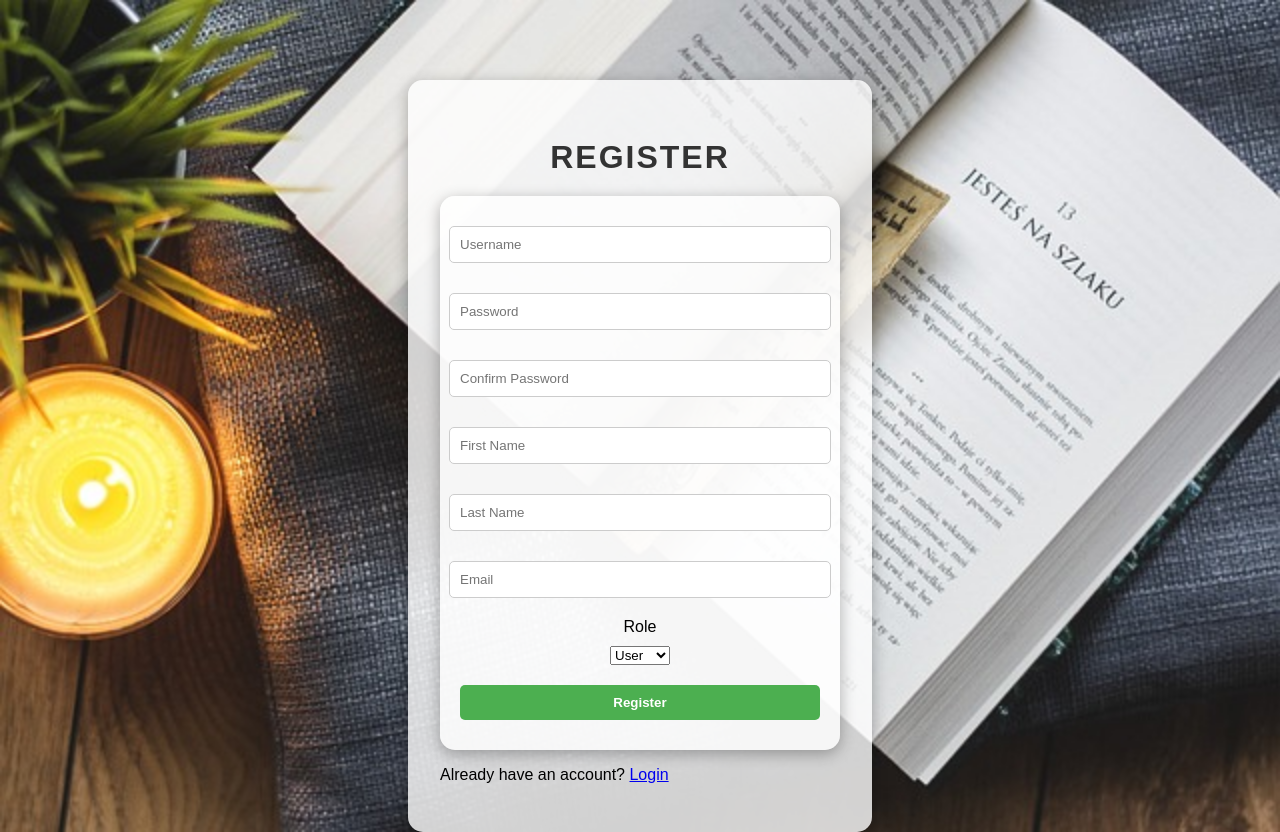
Repository: pavitrapai10/Library_Management_System
Page: http://localhost/register.php
These files come from the project's save history. The page is drawn as it stood at one moment and after a run of saves; the edit follows.
The browser window is 1280 px wide. The pictures show the whole page.
Backgrounds fixed to the window are drawn as part of the page. The page is run by PHP 8.4 with error messages shown; the project is at /var/www/html/.

Above is the page before, as saved 2025-02-06 11:20:59.

### register.php
<?php
include 'db.php';
$error = '';
$success = '';

if ($_SERVER['REQUEST_METHOD'] == 'POST') {
    $username = trim($_POST['username']);
    $password = trim($_POST['password']);
    $confirmPassword = trim($_POST['confirmPassword']);
    $first_name = trim($_POST['first_name']);
    $last_name = trim($_POST['last_name']);
    $email = trim($_POST['email']);
    $role_name = trim($_POST['role']);

    $role_query = $conn->prepare("SELECT id FROM roles WHERE role_name = ?");
    $role_query->bind_param("s", $role_name);
    $role_query->execute();
    $role_query->store_result();
    $role_query->bind_result($id);
    $role_query->fetch();

    if (!$id) {
        $error = "Invalid role selected.";
    }

    if (!filter_var($email, FILTER_VALIDATE_EMAIL) || !preg_match('/@gmail\.com$/', $email)) {
        $error = "Please enter a valid Gmail address (e.g., example@gmail.com).";
    }

    if (strlen($password) < 8 ||
        !preg_match('/[A-Z]/', $password) ||
        !preg_match('/[a-z]/', $password) ||
        !preg_match('/\d/', $password) ||
        !preg_match('/[@$!%*?&]/', $password)) {
        $error = "Password must be at least 8 characters long, contain an uppercase letter, a lowercase letter, a number, and a special character.";
    } elseif ($password !== $confirmPassword) {
        $error = "Passwords do not match.";
    }

    if (empty($error)) {
        $hashedPassword = password_hash($password, PASSWORD_DEFAULT);

        $query = "INSERT INTO borrowers (username, password, first_name, last_name, email, created_at, role_id)
                  VALUES (?, ?, ?, ?, ?, NOW(), ?)";
        $stmt = $conn->prepare($query);

        if ($stmt) {
            $stmt->bind_param("sssssi", $username, $hashedPassword, $first_name, $last_name, $email, $id);

            try {
                $stmt->execute();
                $success = "User registered successfully!";
            } catch (mysqli_sql_exception $e) {
                if (strpos($e->getMessage(), "for key 'borrowers.username'") !== false) {
                    $error = "Username already exists. Please choose a different one.";
                } elseif (strpos($e->getMessage(), "for key 'borrowers.email'") !== false) {
                    $error = "Email already exists. Please use a different one.";
                } else {
                    $error = "Failed to register user. Please try again.";
                }
            }
        } else {
            $error = "Failed to prepare the statement. Please contact support.";
        }
    }
}
?>
<!DOCTYPE html>
<html lang="en">
<head>
    <meta charset="UTF-8">
    <meta name="viewport" content="width=device-width, initial-scale=1.0">
    <title>Register - Library Management</title>
    <link rel="stylesheet" href="style.css">
</head>
<body>
    <div class="form-container">
        <h2>Register</h2>
        <form id="registerForm" method="POST" action="">
            <input type="text" name="username" id="username" placeholder="Username" required>
            <input type="password" name="password" id="password" placeholder="Password" required>
            <input type="password" name="confirmPassword" id="confirmPassword" placeholder="Confirm Password" required>
            <input type="text" name="first_name" placeholder="First Name" required>
            <input type="text" name="last_name" placeholder="Last Name" required>
            <input type="email" name="email" placeholder="Email" required>
            <label for="role">Role</label>
            <select name="role" id="role" required>
                <option value="user">User</option>
                <option value="admin">Admin</option>
            </select>
            <button type="submit">Register</button>
        </form>

        <div id="message-container" class="hidden"></div>

        <p>Already have an account? <a href="login.php">Login</a></p>
    </div>

    <script>
        // Show error/success messages dynamically
        window.addEventListener('DOMContentLoaded', (event) => {
            const messageContainer = document.getElementById('message-container');

            <?php if (!empty($error)): ?>
                messageContainer.textContent = "<?php echo htmlspecialchars($error); ?>";
                messageContainer.classList.remove('hidden');
                messageContainer.classList.add('error');
            <?php elseif (!empty($success)): ?>
                messageContainer.textContent = "<?php echo htmlspecialchars($success); ?>";
                messageContainer.classList.remove('hidden');
                messageContainer.classList.add('success');
            <?php endif; ?>
        });
    </script>
</body>
</html>

### db.php

<?php
$servername = "localhost";
$username = "root";
$password = ""; // Empty if there's no password set
$dbname = "library_management";

// Create connection
$conn = new mysqli($servername, $username, $password, $dbname);

// Check connection and suppress any errors
if ($conn->connect_error) {
    // You can log the error instead of displaying it, e.g., error_log($conn->connect_error);
    die();  // Do not display any error message, but stop further execution
}
?>

### style.css
/* General Body Style (for all pages) */
body {
    font-family: 'Poppins', Arial, sans-serif;
    background: url('img/image.jpg') no-repeat center center fixed;
    background-size: cover;
    height: 100vh;
    margin: 0;
    padding: 0;
    overflow-x: hidden;
    animation: fadeIn 1.5s ease-in-out;

}

/* Fade-in animation for the body */
@keyframes fadeIn {
    from {
        opacity: 0;
    }
    to {
        opacity: 1;
    }
}

/* Header Styling for All Pages */
/* Updated Header Styling for Button Layout */
header {
    background: rgba(76, 175, 80, 0.9);
    color: #fff;
    padding: 1rem 20px;
    display: flex;
    align-items: center;
    justify-content: space-between;
    position: sticky;
    top: 0;
    z-index: 10;
    box-shadow: 0 2px 5px rgba(0, 0, 0, 0.2);
}

.backtobooks-button {
    color: #fff;
    text-decoration: none;
    font-size: 1rem;
    border: 1px solid white;
    padding: 5px 10px;
    border-radius: 5px;
    background: #4CAF50;
    transition: background 0.3s ease, color 0.3s ease;
}

.backtobooks-button:hover {
    background: white;
    color: #4CAF50;
}
.backtoadmin-button {
    color: #fff;
    text-decoration: none;
    font-size: 1rem;
    border: 1px solid white;
    padding: 5px 10px;
    border-radius: 5px;
    background: #4CAF50;
    transition: background 0.3s ease, color 0.3s ease;
}

.backtoadmin-button:hover {
    background: white;
    color: #4CAF50;
}

.header-content {
    display: flex;
    justify-content: space-evenly;
    align-items: center;
    width: 100%;
}

.left-buttons {
    display: flex;
    gap: 15px;
}

.right-buttons {
    margin-left: auto;
}

.logout-button {
    color: #fff;
    text-decoration: none;
    font-size: 1rem;
    border: 1px solid white;
    padding: 5px 10px;
    border-radius: 5px;
    transition: background 0.3s ease, color 0.3s ease;
}

.add-books-button,
.borrow-button,
.log-button,
.borrowbook-button {
    color: #fff;
    text-decoration: none;
    font-size: 1rem;
    border: 1px solid white;
    padding: 5px 10px;
    border-radius: 5px;
    background: #4CAF50;
    transition: background 0.3s ease, color 0.3s ease;
}

.logout-button:hover,
.add-books-button:hover,
.borrow-button:hover,
.log-button:hover,
.borrowbook-button:hover {
    background: white;
    color: #4CAF50;
}
header .backtobooks-button:hover {
    background: white;
    color: #4CAF50;
}
header .backtoadmin-button:hover {
    background: white;
    color: #4CAF50;
}




/* Form Container Styling for Login and Register */
.form-container {
    background: rgba(255, 255, 255, 0.8); /* White background with transparency */
    max-width: 400px;
    width: 90%;
    margin: 5rem auto;
    padding: 2rem;
    box-shadow: 0 4px 15px rgba(0, 0, 0, 0.3); /* Deeper shadow for better effect */
    border-radius: 15px;
    transition: transform 0.3s ease-in-out, box-shadow 0.3s ease-in-out;
}

.form-container:hover {
    transform: scale(1.03);
    box-shadow: 0 6px 20px rgba(0, 0, 0, 0.4);
}

/* Input and Button Styling for Forms */
input, button {
    width: 100%;
    padding: 10px;
    margin: 10px 0;
    border: 1px solid #ccc;
    border-radius: 5px;
    transition: all 0.3s ease;
}

input:focus {
    outline: none;
    border: 1px solid #4CAF50;
    box-shadow: 0 0 10px rgba(76, 175, 80, 0.5);
}

button {
    background: #4CAF50;
    color: #fff;
    border: none;
    cursor: pointer;
    font-weight: bold;
}

button:hover {
    background: #45a049;
    box-shadow: 0 2px 10px rgba(76, 175, 80, 0.4);
    transform: scale(1.05);
}

/* Ensure that form elements are centered */
form {
    display: flex;
    flex-direction: column;
    align-items: center;
    gap: 10px; /* Add spacing between form elements */
}

/* Heading Styling for Login, Register, Edit */
h2 {
    text-align: center;
    font-size: 2rem;
    margin-bottom: 20px;
    color: #333;
    text-transform: uppercase;
    letter-spacing: 2px;
    animation: fadeIn 1.5s ease-in-out;
}

/* Admin Page Styling */
#admin-page {
    display: flex;
    justify-content: center;
    align-items: center;
    flex-direction: column;
    padding: 20px;
    box-sizing: border-box;
    min-height: 80vh; /* Ensures the content stays centered vertically */
    margin: 0 auto;
}

#admin-page table {
    width: 60%; /* Slightly narrower to ensure spaciousness */
    max-width: 200px; /* Limit maximum width */
    margin: 0 auto; /* Center the table horizontally */
    border-collapse: collapse;
    background: white;
    box-shadow: 0 4px 15px rgba(0, 0, 0, 0.2);
    border-radius: 8px;
    overflow: hidden; /* Clip any overflow for smooth rounded corners */
    animation: zoomIn 0.8s ease-in-out;
}

@keyframes zoomIn {
    from {
        transform: scale(0.9);
        opacity: 0;
    }
    to {
        transform: scale(1);
        opacity: 1;
    }
}

#admin-page th,
#admin-page td {
    padding: 20px; /* Increased padding for better readability */
    text-align: left;
    border: 1px solid #ddd;
    font-size: 16px; /* Consistent font size */
}

#admin-page th {
    background-color: #4CAF50;
    color: white;
    text-transform: uppercase;
    letter-spacing: 1px;
    font-weight: bold;
}

#admin-page tr:nth-child(even) {
    background-color: #f9f9f9;
}

#admin-page tr:hover {
    background-color: #f1f1f1;
    transform: scale(1.01);
    transition: transform 0.2s ease, background-color 0.2s ease;
}

/* Adjust the header and footer styles within the admin page */
header {
    display: flex;
    justify-content: space-between;
    align-items: center;
    background-color: #4CAF50;
    color: white;
    padding: 15px 20px;
    box-shadow: 0 2px 5px rgba(0, 0, 0, 0.2);
}

footer {
    text-align: center;
    margin-top: 20px;
    padding: 10px;
    background: #4CAF50;
    color: rgb(255, 255, 255);
    position: relative;
    width: 100%;
    box-shadow: 0 -2px 5px rgba(0, 0, 0, 0.1);
}



/* Responsive Adjustments */
@media (max-width: 768px) {
    #admin-page table {
        width: 95%;
    }

    #admin-page th,
    #admin-page td {
        font-size: 14px;
        padding: 12px;
    }
}






/* Books Page Table Styling */
#books-page table {
    width: 100%;
    margin: 20px 0;
    border-collapse: collapse;
    background: rgba(255, 255, 255, 0.95); /* Solid white background for books table */
    box-shadow: 0 4px 15px rgba(0, 0, 0, 0.2);
    transition: box-shadow 0.3s ease-in-out;
}

#books-page table:hover {
    box-shadow: 0 6px 20px rgba(0, 0, 0, 0.3);
}

#books-page th, #books-page td {
    padding: 12px;
    text-align: left;
    border: 1px solid #ddd;
}

#books-page th {
    background-color: #4CAF50;
    color: white;
}

/* Form Styling */
form {
    background: rgba(255, 255, 255, 0.8);
    padding: 20px;
    border-radius: 15px;
    box-shadow: 0 4px 15px rgba(0, 0, 0, 0.3);
}

form input, form button {
    margin: 10px 0;
    padding: 10px;
    width: 100%;
    border-radius: 5px;
}

form button:hover {
    background-color: #45a049;
    transform: scale(1.05);
}







/* Logs Table Styling */
table {
    width: 80%;
    margin: 20px auto;
    border-collapse: collapse;
    box-shadow: 0 4px 8px rgba(0, 0, 0, 0.2);
}

table th, table td {
    padding: 12px 15px;
    text-align: left;
    border: 1px solid #ddd;
}

table th {
    background-color: #4CAF50;
    color: white;
}

table tr:nth-child(even) {
    background-color: #e6e6e6; /* Solid light gray background */
}

table tr:nth-child(odd) {
    background-color: white; /* Solid white background for odd rows */
}

table tr:hover {
    background-color: #d1d1d1; /* Slightly darker gray for hover */
}

/* Close Button Styling */
.close-button {
    background-color: #f44336; /* Red background */
    color: white;
    padding: 10px 15px; /* Adjusted padding for a balanced look */
    border: none;
    border-radius: 5px;
    cursor: pointer;
    font-size: 14px;
    font-weight: bold;
    text-transform: uppercase;
    transition: background-color 0.3s ease, transform 0.2s ease;
    margin-left: 10px; /* Adds spacing if placed next to other buttons */
    display: inline-block; /* Ensures consistent alignment */
}

.close-button:hover {
    background-color: #e53935; /* Darker red on hover */
    transform: scale(1.05); /* Slight zoom effect on hover */
    box-shadow: 0 4px 10px rgba(229, 57, 53, 0.4); /* Adds a subtle shadow */
}

.close-button:active {
    transform: scale(0.95); /* Pressed effect */
    background-color: #d32f2f; /* Slightly darker red for active state */
}

/* Common button styles */

.edbutton {
    display: inline-block;
    padding: 6px 12px;
    font-size: 14px;
    border: none;
    border-radius: 4px;
    text-decoration: none;
    cursor: pointer;
    color: white;
}

/* Admin button styles */
.edit-button {
    background-color: #4CAF50;
}

.delete-button {
    background-color: #f44336;
}

/* Disabled button */
.disabled-button {
    background-color: #cccccc;
    color: #666666;
    cursor: not-allowed;
}

/* Regular user self-edit button with distinct color */
.self-edit-button {
    background-color: #2196F3;
    color: white;
    font-style: italic;
}

/* Hover effect for all active buttons */
.edbutton:hover:not(.disabled-button) {
    opacity: 0.8;
}
.hidden {
    display: none;
}

#message-container {
    padding: 10px;
    margin-top: 10px;
    border-radius: 5px;
    text-align: center;
}

.error {
    background-color: #f8d7da;
    color: #842029;
    border: 1px solid #f5c2c7;
}

.success {
    background-color: #d4edda;
    color: #155724;
    border: 1px solid #c3e6cb;
}

### script.js
document.addEventListener('DOMContentLoaded', function () {

    // Validate the registration form before submitting
    const registerForm = document.getElementById('registerForm');
    if (registerForm) {
        registerForm.addEventListener('submit', function (event) {
            const username = document.getElementById('username').value.trim();
            const password = document.getElementById('password').value.trim();
            const confirmPassword = document.getElementById('confirmPassword').value.trim();
            const email = document.getElementById('email').value.trim();

            const usernameRegex = /^[a-zA-Z0-9]{4,20}$/;
            const passwordRegex = /^(?=.*[a-z])(?=.*[A-Z])(?=.*\d)(?=.*[@$!%*?&])[A-Za-z\d@$!%*?&]{8,}$/;
            const emailRegex = /^[a-zA-Z0-9._%+-]+@gmail\.com$/;

            // Username validation
            if (!usernameRegex.test(username)) {
                alert("Username must be 4-20 characters long and contain only letters and numbers.");
                event.preventDefault();
            }
            // Email validation
            else if (!emailRegex.test(email)) {
                alert("Please enter a valid Gmail address (e.g., example@gmail.com).");
                event.preventDefault();
            }
            // Password validation
            else if (!passwordRegex.test(password)) {
                alert("Password must be at least 8 characters long and contain at least one uppercase letter, one lowercase letter, one number, and one special character.");
                event.preventDefault();
            }
            // Confirm password validation
            else if (password !== confirmPassword) {
                alert("Passwords do not match!");
                event.preventDefault();
            }
        });
    }

    // Validate the login form before submitting
    const loginForm = document.getElementById('loginForm');
    if (loginForm) {
        loginForm.addEventListener('submit', function (event) {
            const username = document.getElementById('username').value.trim();
            const password = document.getElementById('password').value.trim();

            if (username === '' || password === '') {
                alert("Both fields are required!");
                event.preventDefault();
            }
        });
    }

    // Show/hide additional form fields based on user selection
    const userTypeSelect = document.getElementById('userType');
    if (userTypeSelect) {
        userTypeSelect.addEventListener('change', function () {
            const userType = this.value;
            const adminSection = document.getElementById('adminSection');
            if (adminSection) {
                if (userType === 'Admin') {
                    adminSection.style.display = 'block';
                } else {
                    adminSection.style.display = 'none';
                }
            }
        });
    }

    // Example for smooth scroll to a section
    const scrollButton = document.querySelector('.scroll-to-form');
    if (scrollButton) {
        scrollButton.addEventListener('click', function () {
            const formContainer = document.querySelector('.form-container');
            if (formContainer) {
                formContainer.scrollIntoView({ behavior: 'smooth' });
            }
        });
    }




});

After the next 2 saves:
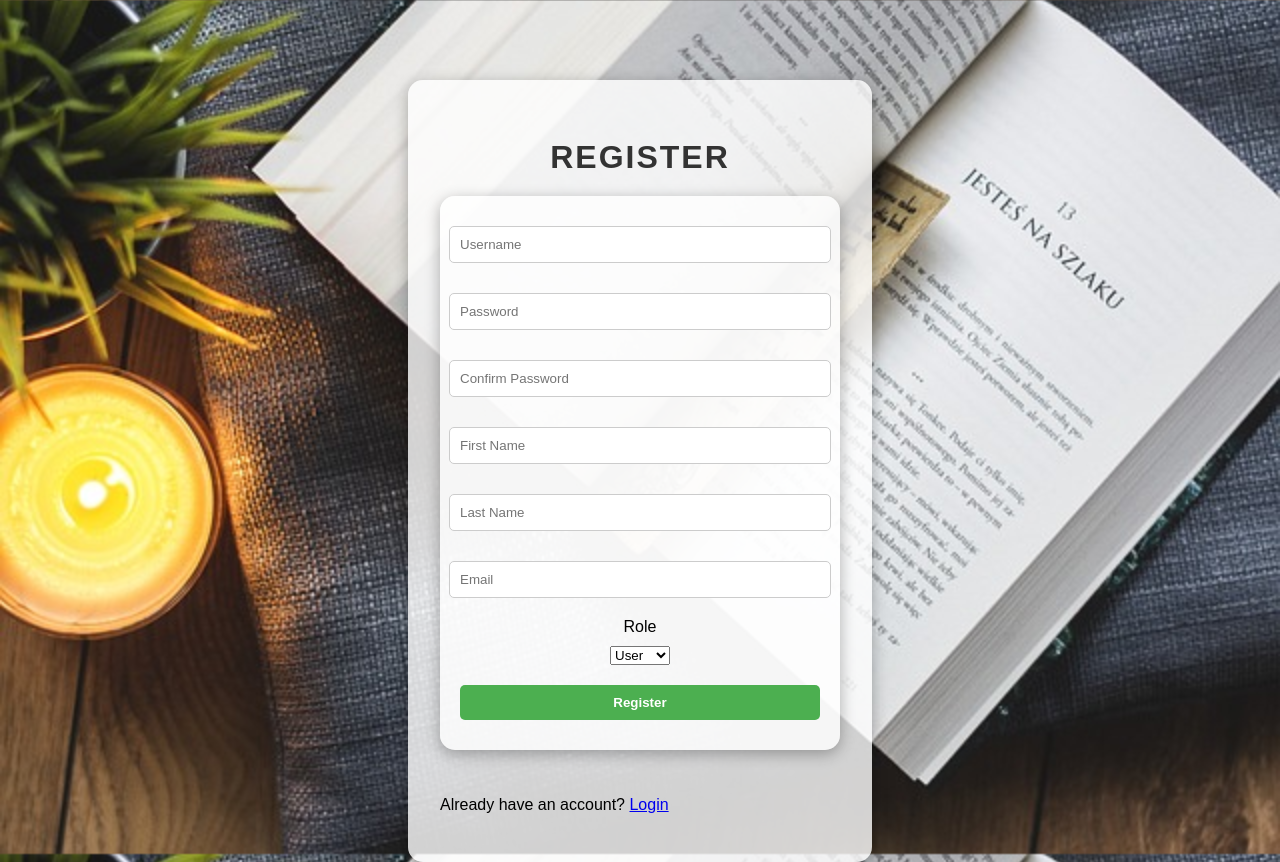
The 2 saves are shown as one change because they came seconds apart.
The last was saved 2 min 10 s later.
--- a/register.php
+++ b/register.php
@@ -39,7 +39,6 @@ if ($_SERVER['REQUEST_METHOD'] == 'POST') {
 
     if (empty($error)) {
         $hashedPassword = password_hash($password, PASSWORD_DEFAULT);
-
         $query = "INSERT INTO borrowers (username, password, first_name, last_name, email, created_at, role_id)
                   VALUES (?, ?, ?, ?, ?, NOW(), ?)";
         $stmt = $conn->prepare($query);
@@ -91,26 +90,17 @@ if ($_SERVER['REQUEST_METHOD'] == 'POST') {
             <button type="submit">Register</button>
         </form>
 
-        <div id="message-container" class="hidden"></div>
+        <div id="message-container">
+            <?php if (!empty($error)): ?>
+                <p class="error"><?php echo htmlspecialchars($error); ?></p>
+            <?php elseif (!empty($success)): ?>
+                <p class="success"><?php echo htmlspecialchars($success); ?></p>
+            <?php endif; ?>
+        </div>
 
         <p>Already have an account? <a href="login.php">Login</a></p>
     </div>
 
-    <script>
-        // Show error/success messages dynamically
-        window.addEventListener('DOMContentLoaded', (event) => {
-            const messageContainer = document.getElementById('message-container');
-
-            <?php if (!empty($error)): ?>
-                messageContainer.textContent = "<?php echo htmlspecialchars($error); ?>";
-                messageContainer.classList.remove('hidden');
-                messageContainer.classList.add('error');
-            <?php elseif (!empty($success)): ?>
-                messageContainer.textContent = "<?php echo htmlspecialchars($success); ?>";
-                messageContainer.classList.remove('hidden');
-                messageContainer.classList.add('success');
-            <?php endif; ?>
-        });
-    </script>
+    <script src="script.js"></script>
 </body>
 </html>
